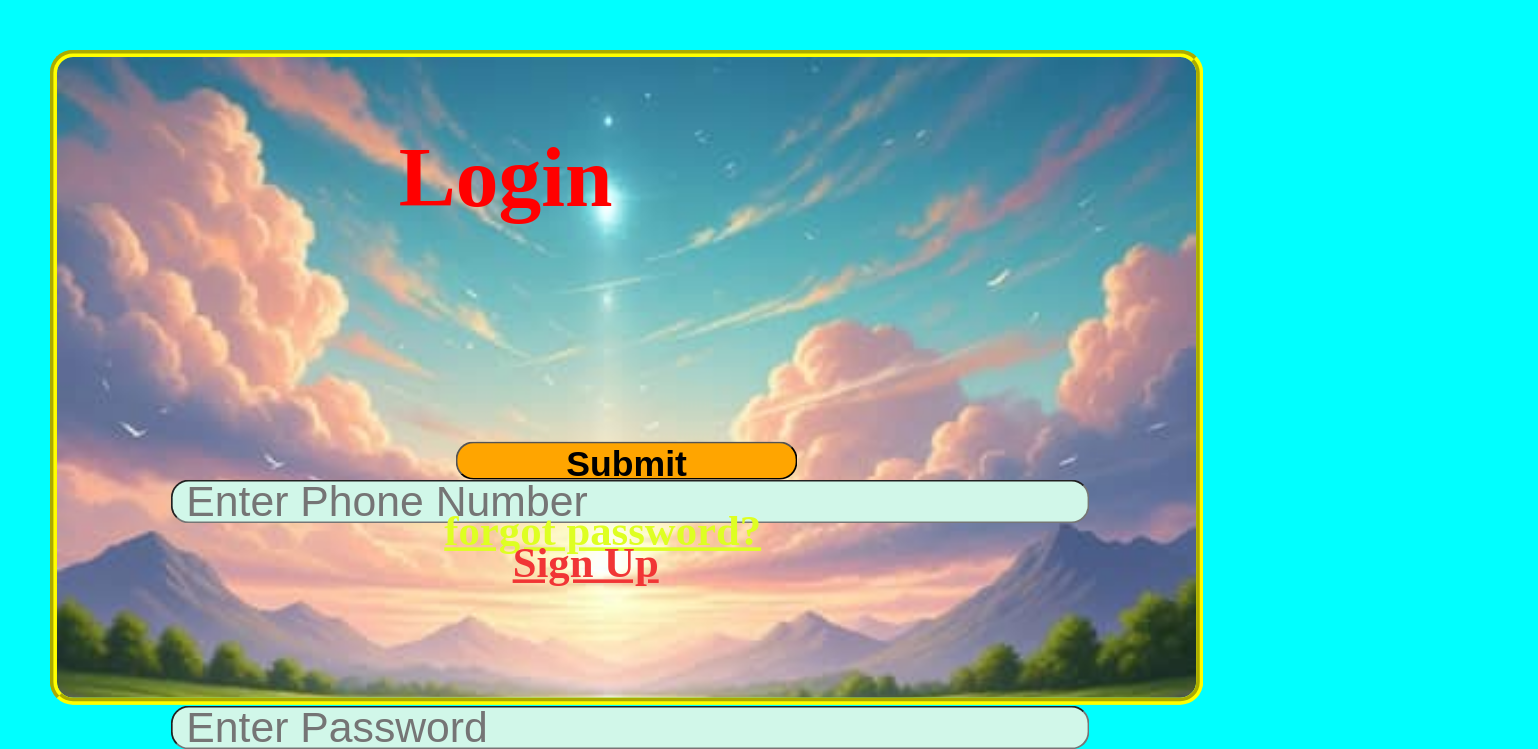
Repository: Amani-Kibet/express-app-web
Page: pages/signup/login.html
The author's editor kept a copy of each file at every save. The page is drawn from the files as they stood at one save, then again after the next save.
The browser window is 1280 px wide. The page is 1728 px wide, so the pictures cover 1728 px, including what lies to the right of the window. The pictures show the whole page, at 89% of full size.

Above is the page before, as saved 2025-09-28 16:11:26.

### pages/signup/login.html
<!DOCTYPE html>
<head>
  <title> Login Page</title>
  <style>
    #board{
      background: url(/pictures/p1.png);
      background-size: cover;
      width: 100vw;
      height: 100vh;
      border-radius: 18px;
      outline: 8px groove yellow;
      position: absolute;
      top: 4rem;
      left: 4rem;
    }
    h2{
      color: red;
      position: relative;
      left: 30%;
      font-size: 6rem
    }
    .inputs{
      width: 80%;
      height: 6%;
      position: relative;
      left: 10%;
      margin-top: 16%;
      border-radius: 20px;
      color: blue;
      font-size: 3em;
      background-color: rgb(209, 247, 233);
    }
    #submit{
      background: orange;
      position: absolute;
      width: 30%;
      height: 6%;
      top: 60%;
      left: 35%;
      border-radius: 20px;
      font-size: 2.5em;
      font-weight: bold;
    }
    .links{
      position: absolute;
      font-weight: 800;
      font-size: 3em;
      color: yellow;
    }
  #link1{
    top: 70%;
    left: 34%;
    color:rgb(222, 255, 34)
  }
  #link2{
    top: 75%;
    left: 40%;
    color:rgb(241, 53, 53);
  }
  #msg{
    background: lightblue;
    width: 70%;
    height: 50%;
    border-radius: 10px;
    position: absolute;
    bottom: 30%;
    left: 15%;
    outline: 4px groove yellow;
    display: none;
  }
  .prog{
    border-radius: 100%;
    position: absolute;
    top: 4%;
    left: 4%;
    outline: 20px groove yellow;
    font-size: 8em;
  }
  #prog2{
      transform: rotateY(90deg)
  }
  #progC{
    transform-style: preserve-3d;
    animation: spin 4s ease-in-out infinite;
  }
  #msgT{
    position: relative;
    top: 36%;
    left: 10%;
    color: blue;
    font-weight: bold;
    font-size: 4em;
    width: 80%;
    height: 20%;
  }
  #loginT{
    position: relative;
    top: 20%;
    left: 12%;
    color: rgb(255, 60, 0);
    font-weight: 500;
    font-size: 5em;
    width: 80%;
    height: 25%;
  }
  @keyframes spin{
    0%{transform: rotateY(0deg) rotateX(0deg) translateX(0px)}
    50%{transform: rotateY(360deg) rotateX(60deg) translateX(50px)}
    100%{transform: rotateY(0deg) rotateX(0deg) translateX(0px)}
  }
  </style>
</head>
<body bgColor="cyan">
  <div id="board">
    <h2>Login</h2>
    <input type="number" class="inputs" id="phoneI" placeholder=" Enter Phone Number">
    <input type="password" class="inputs" id="passI" placeholder=" Enter Password">
  <button id="submit" onclick="f1()">Submit</button>
  <a id="link1" class="links" href="http:localhost:3000">forgot password?<a>
    <a class="links" id="link2" href="/pages/signup/signIn.html">Sign Up</a>
    <div id="msg">
      <div id="progC">
        <div id="prog1" class="prog">🔴</div>
      <div id="prog2" class="prog">🟢</div>
      </div>
      <p id="loginT">Logging in...</p>
      <h3 id="msgT">No text returned</h3>
    </div>
  </div>
</body>
<script>
  let bt1= document.getElementById("submit")
  let msgT= document.getElementById("msgT")
  let msg= document.getElementById("msg")
  let phoneC= document.getElementById("phoneI");
  let passC= document.getElementById("passI")

function f1(){
  let phoneI= document.getElementById("phoneI").value;
  let passI= document.getElementById("passI").value;

  fetch("/path4",{
    method: "POST",
    headers: {"Content-Type":"application/json"},
    body: JSON.stringify({phone: `${phoneI}`, pass: `${passI}`})
  })
  .then(type=> type.json())
  .then(data=>{
    if(data.name=="Null"){
      phoneC.style.color="red";
      phoneC.type="text";
      phoneC.value+=" Is Not Found";

      setTimeout(()=>{
        phoneC.style.color="blue";
        phoneC.type="number";
      }, 5000);
    } else
    {
      msg.style.display="block";
      msgT.innerHTML=`Welcome Back ${data.name}!`;
      setTimeout(()=>{
        msg.style.display="none";
        window.location.href="/pages/contents/profile.html"
      }, 8000);
    }
  });
  console.log(x.split(" "))
}
</script>
</html>

After the next save:
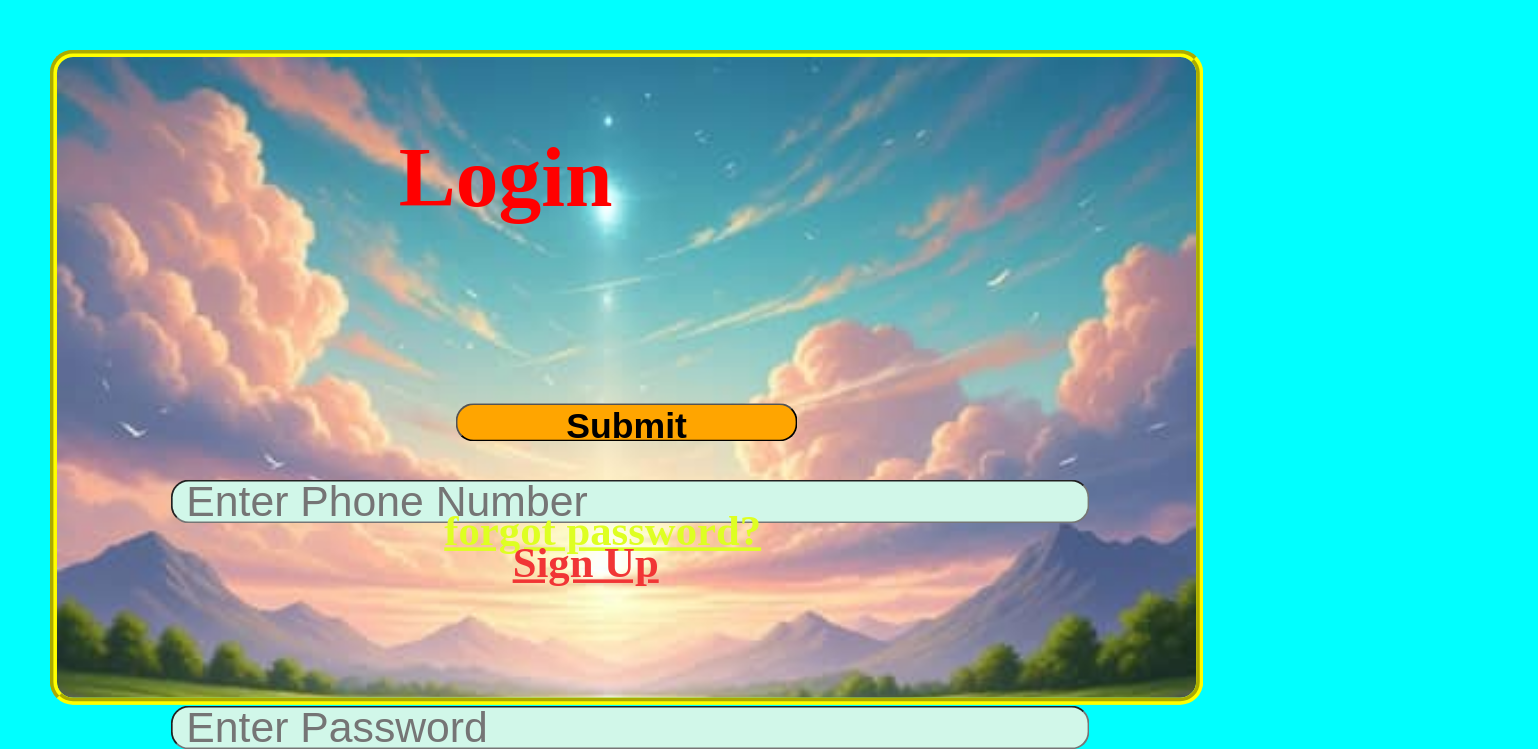
Saved 14 s later.
--- a/pages/signup/login.html
+++ b/pages/signup/login.html
@@ -35,7 +35,7 @@
       position: absolute;
       width: 30%;
       height: 6%;
-      top: 60%;
+      top: 54%;
       left: 35%;
       border-radius: 20px;
       font-size: 2.5em;
